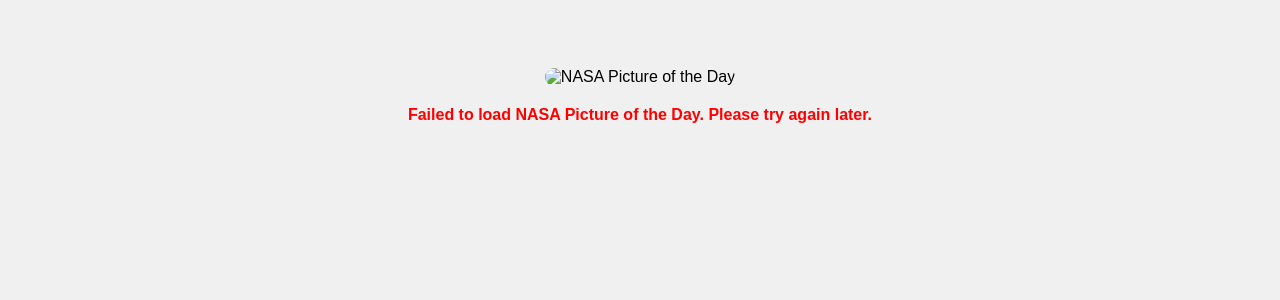
Repository: Larshalvorhansen/personalWebsite
Page: content/infoskjermV2/item-3_dagensNasaBilde.html
An editor plug-in stored every save of this project. The page is shown before and after the next save, followed by the edit.
The browser window is 1280 px wide. The pictures show the whole page.
The page's requests for data from a server got no answer.

Above is the page before, as saved 2025-02-17 16:20:43.

After the next save:
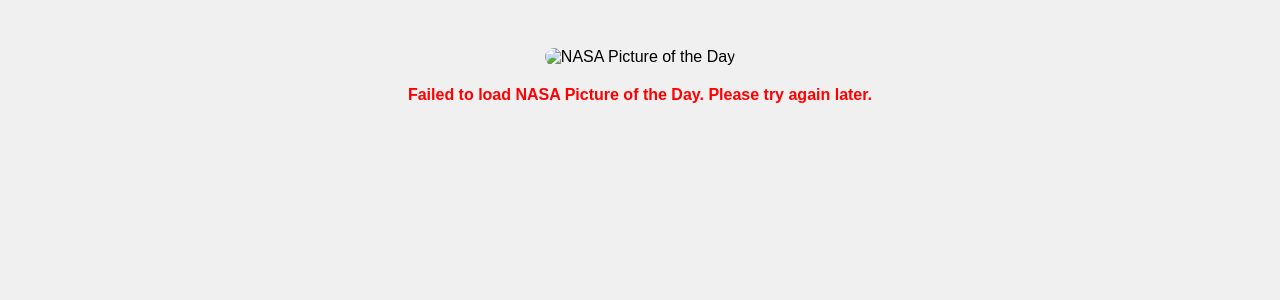
Saved 41 s later.
--- a/content/infoskjermV2/item-3_dagensNasaBilde.html
+++ b/content/infoskjermV2/item-3_dagensNasaBilde.html
@@ -39,16 +39,48 @@
             color: red;
             font-weight: bold;
         }
+
+        #apod.apod-content {
+            display: flex;
+            /* Enable flexbox */
+            align-items: flex-start;
+            /* Align items to the top */
+            gap: 20px;
+            /* Add some space between image and text */
+        }
+
+        #apod img {
+            max-width: 300px;
+            /* Or whatever width you want for the image */
+            height: auto;
+        }
+
+        #apod.text-content {
+            flex: 1;
+            /* Allow text to take up remaining space */
+        }
+
+        /* Optional: Add some basic styling for the error message */
+        .error {
+            color: red;
+        }
     </style>
 </head>
 
 <body>
     <div id="apod">
-        <div id="title"></div>
-        <img id="nasa-image" src="" alt="NASA Picture of the Day">
-        <p id="description"></p>
-        <p id="error" class="error"></p>
+        <div class="apod-content"> <img id="nasa-image" src="" alt="NASA Picture of the Day">
+            <div class="text-content">
+                <div id="title"></div>
+                <p id="description"></p>
+                <p id="error" class="error"></p>
+            </div>
+        </div>
     </div>
+
+    <style>
+
+    </style>
 
     <script>
         // Replace with your NASA API key
